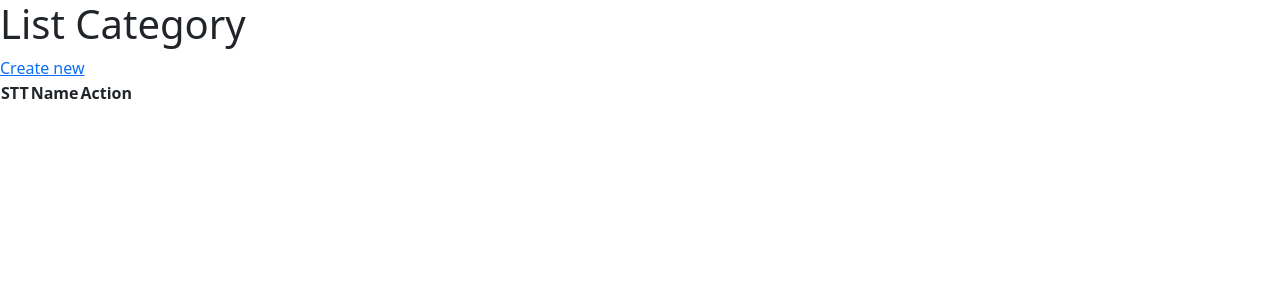
Repository: hongquan16101995/servlet-jw0124
Page: http://localhost/demo/categories?action=createPost
These files come from the project's save history. The page is drawn as it stood at one moment and after the next save; the edit follows.
The browser window is 1280 px wide. The pictures show the whole page.
The page is served by Tomcat 9.

Above is the page before, as saved 2024-05-14 11:59:07.

After the next save:
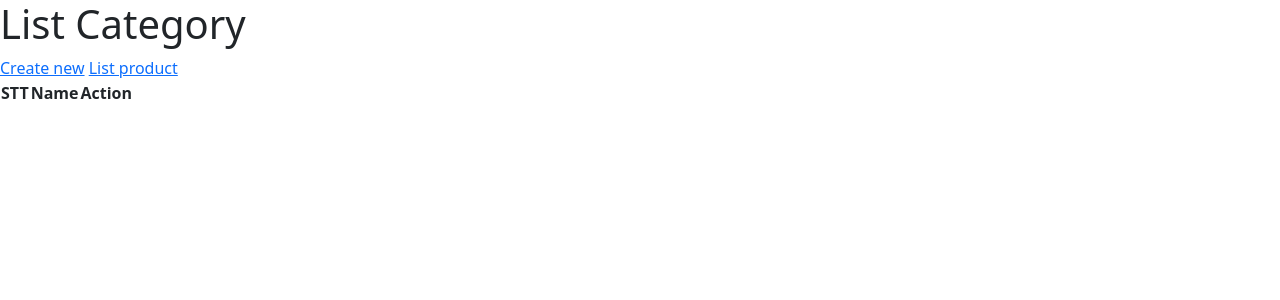
Saved 3 min 16 s later.
--- a/demo/src/main/webapp/category/list.jsp
+++ b/demo/src/main/webapp/category/list.jsp
@@ -12,6 +12,7 @@
 <body>
 <h1>List Category</h1>
 <a href="/demo/categories?action=createGet">Create new</a>
+<a href="/demo/products">List product</a>
 <table>
 	<tr>
 		<th>STT</th>
